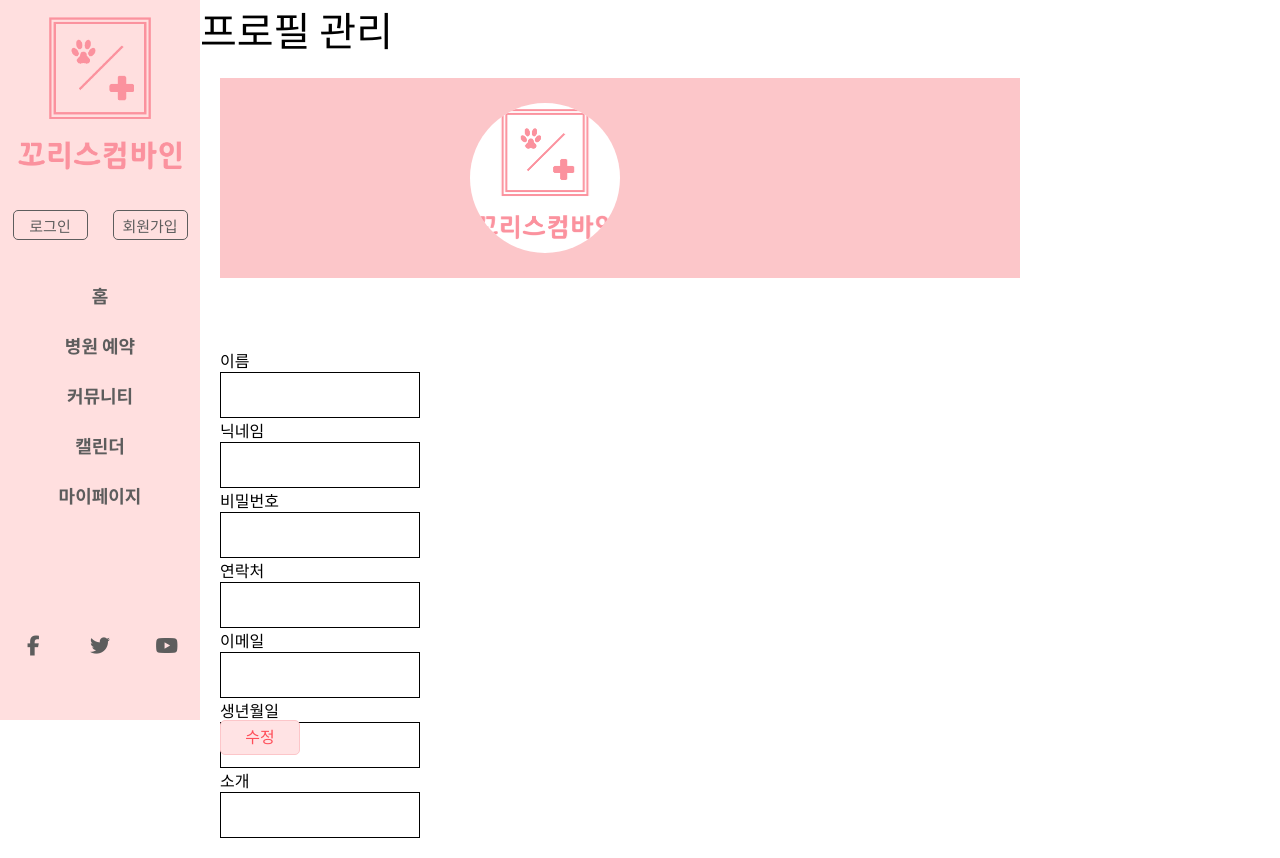
Repository: dodnam/kkoris
Page: http://localhost/1_kkoris/reservation2.jsp
The author's editor kept a copy of each file at every save. The page is drawn from the files as they stood at one save, then again after the next save.
The browser window is 1280 px wide. The pictures show the whole page.
Some web libraries are served in a nearby version. The page is served by Tomcat 9.

Above is the page before, as saved 2020-02-18 00:30:36.

After the next save:
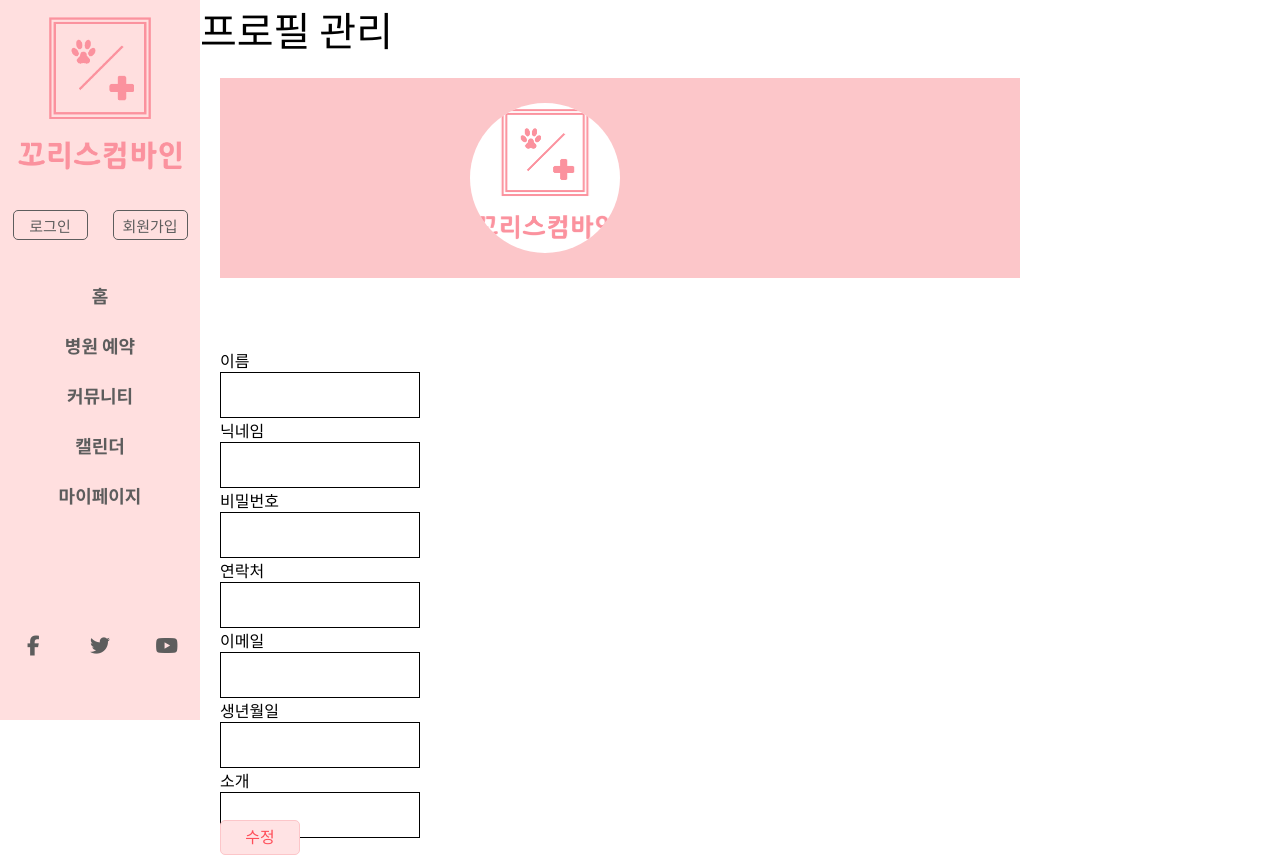
Saved 5 s later.
--- a/1_kkoris/WebContent/reservation2.jsp
+++ b/1_kkoris/WebContent/reservation2.jsp
@@ -14,7 +14,7 @@
 	.userTitle{font-size:40px; text-align:left; top:30px;}
 	.submit{line-height: 30px; text-align: center; background-color: #ffe3e4; color:#ff4e59;border: 1px solid #fcc6c9; border-radius: 5px; width: 80px; height: 35px; position: absolute;left:50%;top:20px; outline:none;}
 	.boxBody{position:absolute; top:250px;margin-left:20px;}
-	.submitBody{position:absolute; top:700px; margin-left:20px; }
+	.submitBody{position:absolute; top:800px; margin-left:20px; }
 </style>
 </head>
 <body>
